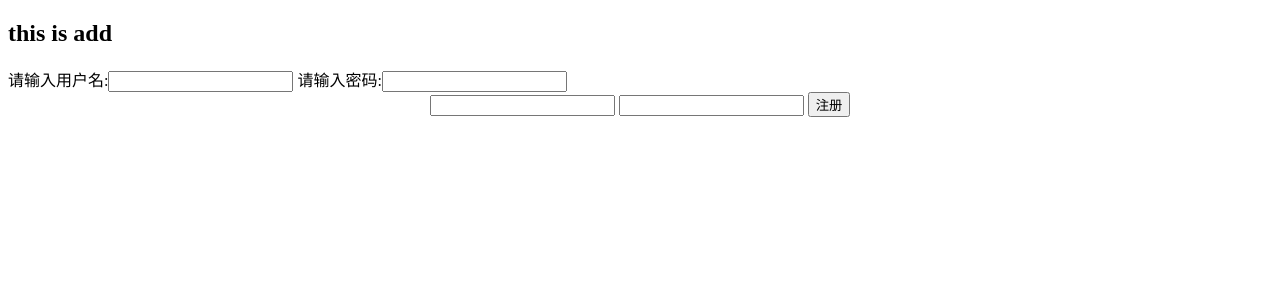
Repository: 194162565/register
Page: ssm-controller/src/main/webapp/add.html
The author's editor kept a copy of each file at every save. The page is drawn from the files as they stood at one save, then again after the next save.
The browser window is 1280 px wide. The pictures show the whole page.

Above is the page before, as saved 2017-11-28 13:34:18.

After the next save:
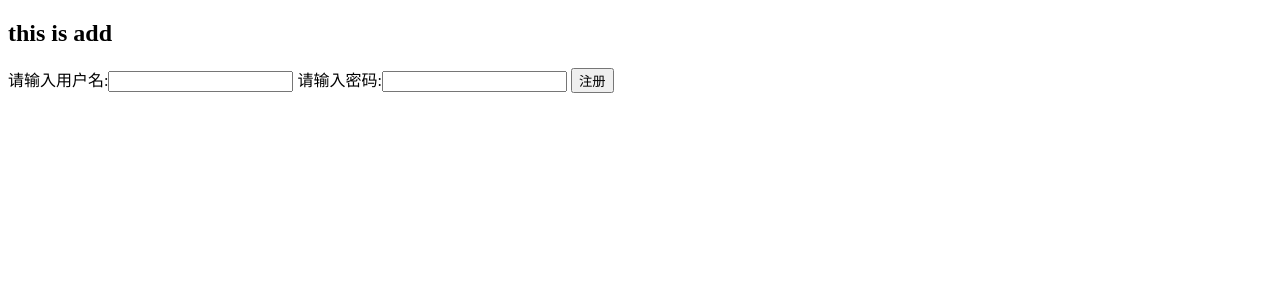
Saved 10 s later.
--- a/ssm-controller/src/main/webapp/add.html
+++ b/ssm-controller/src/main/webapp/add.html
@@ -8,12 +8,7 @@
 	<h2>this is add</h2>
 	请输入用户名:<input type="text" name="uname"/>
 	请输入密码:<input type="password" name="pwd">
-	<center>
-		<from action="add" method="post">
-			<input type="text" name="name" value=""/>
-			<input type="text" name="name" value=""/>
-					  <input type="submit" value="注册"/>
-		</from>
-	</center>
+	<input type="submit" value="注册"/>
+
 </body>
 </html>
